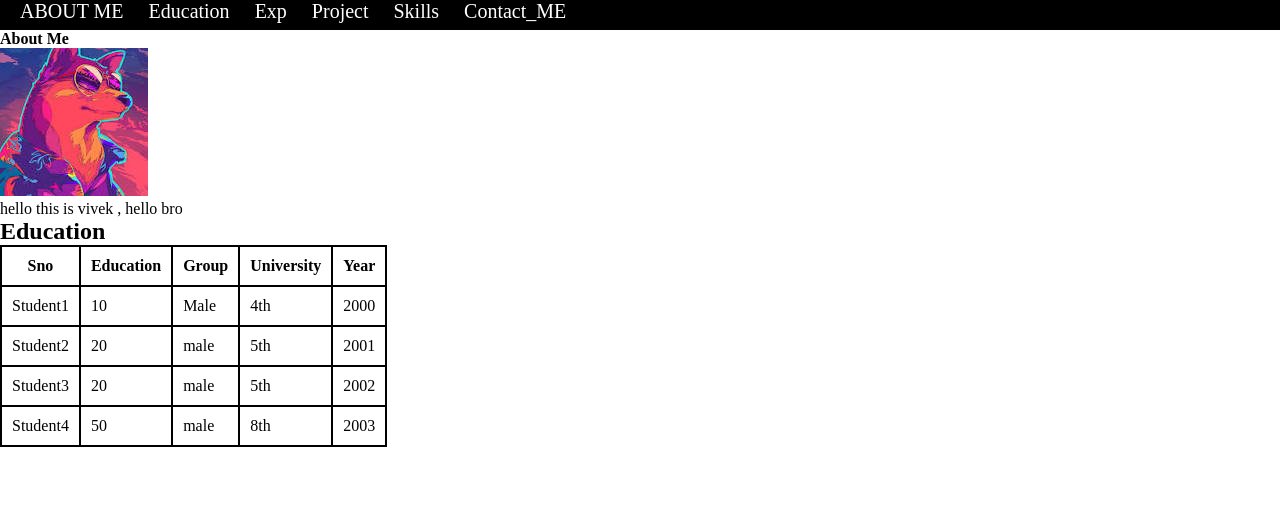
Repository: viveknaidu007/repo-166-Full-Stack-Development-Learning-Notes-Innomatics-2024
Page: module_1-html,css,bootstrap/sept_23_2024/index.html
An editor plug-in stored every save of this project. The page is shown before and after the next save, followed by the edit.
The browser window is 1280 px wide. The pictures show the whole page.

Above is the page before, as saved 2024-09-24 22:45:54.

### module_1-html,css,bootstrap/sept_23_2024/index.html
<!DOCTYPE html>
<html lang="en">
<head>
    <meta charset="UTF-8">
    <meta name="viewport" content="width=device-width, initial-scale=1.0">
    <title>2nd class </title>
    <style>
        *{
            margin: 0px;
            padding: 0px;
        }
        nav {
            background-color: black;
            height: 30px;
        }
        nav a {
            color: white;
            list-style: none;
            text-decoration: none;
            font-size: 20px;
            margin-left: 20px;
        }
        table,th,td {
            border: 2px solid black;
            border-collapse: collapse;
            padding : 10px;
        }
    </style>
</head>
<body>
    <header>
        <nav>
            <a href=""> ABOUT ME </a>
            <a href=""> Education </a>
            <a href=""> Exp </a>
            <a href=""> Project </a>
            <a href=""> Skills </a>
            <a href=""> Contact_ME </a>
        </nav>
    </header>

    <main>
        <section>
            <h4>About Me</h4>
            <img
            src="Untitled.jpg"
            alt="200px">
            <p> hello this is vivek , hello bro</p>
        </section>

        <section>
            <h2> Education </h2>
            <table>
                <tr>
                    <th> Sno </th>
                    <th> Education </th>
                    <th> Group </th>
                    <th> University </th>
                    <th> Year </th>
                </tr>

                <tr>
                    <td> Student1 </td>
                    <td> 10 </td>
                    <td> Male </td>
                    <td> 4th </td>
                    <td> 2000 </td>
                </tr>

                <tr>
                    <td> Student2 </td>
                    <td> 20 </td>
                    <td> male </td>
                    <td> 5th </td>
                    <td> 2001 </td>


                </tr>

                <tr>
                    <td> Student3 </td>
                    <td> 20 </td>
                    <td> male </td>
                    <td> 5th </td>
                    <td> 2002 </td>
                </tr>

                <tr>
                    <td> Student4 </td>
                    <td> 50 </td>
                    <td> male </td>
                    <td> 8th </td>
                    <td> 2003 </td>
                </tr>

            </table>
        </section>
    </main>
</body>
</html>

After the next save:
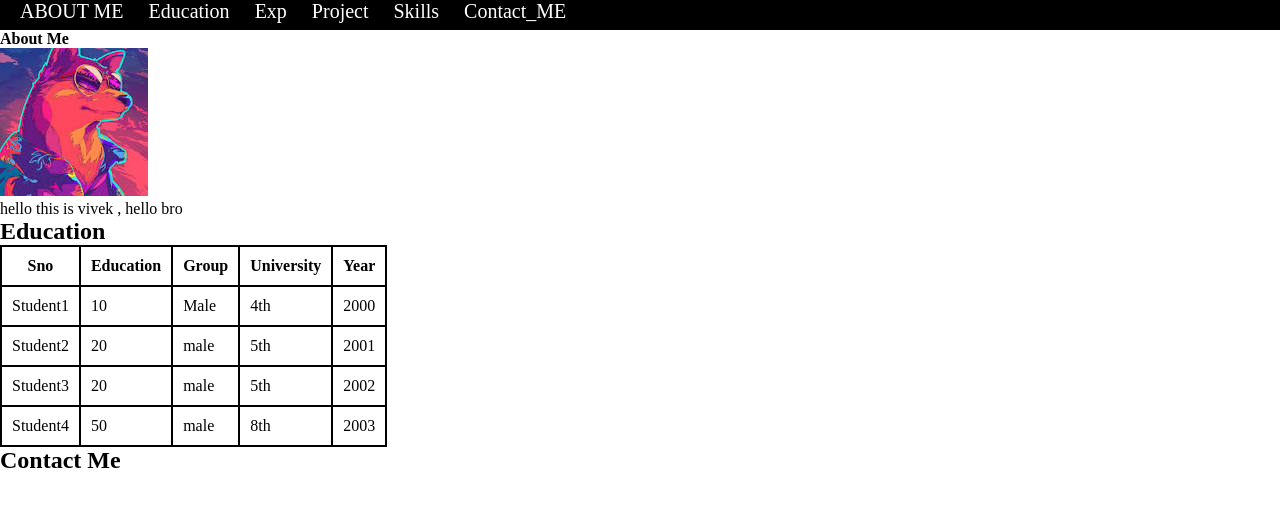
Saved 21 h 26 min later.
--- a/module_1-html,css,bootstrap/sept_23_2024/index.html
+++ b/module_1-html,css,bootstrap/sept_23_2024/index.html
@@ -95,6 +95,11 @@
 
             </table>
         </section>
+
+        <section>
+            <h2>Contact Me</h2>
+        </section>
+
     </main>
 </body>
 </html>
